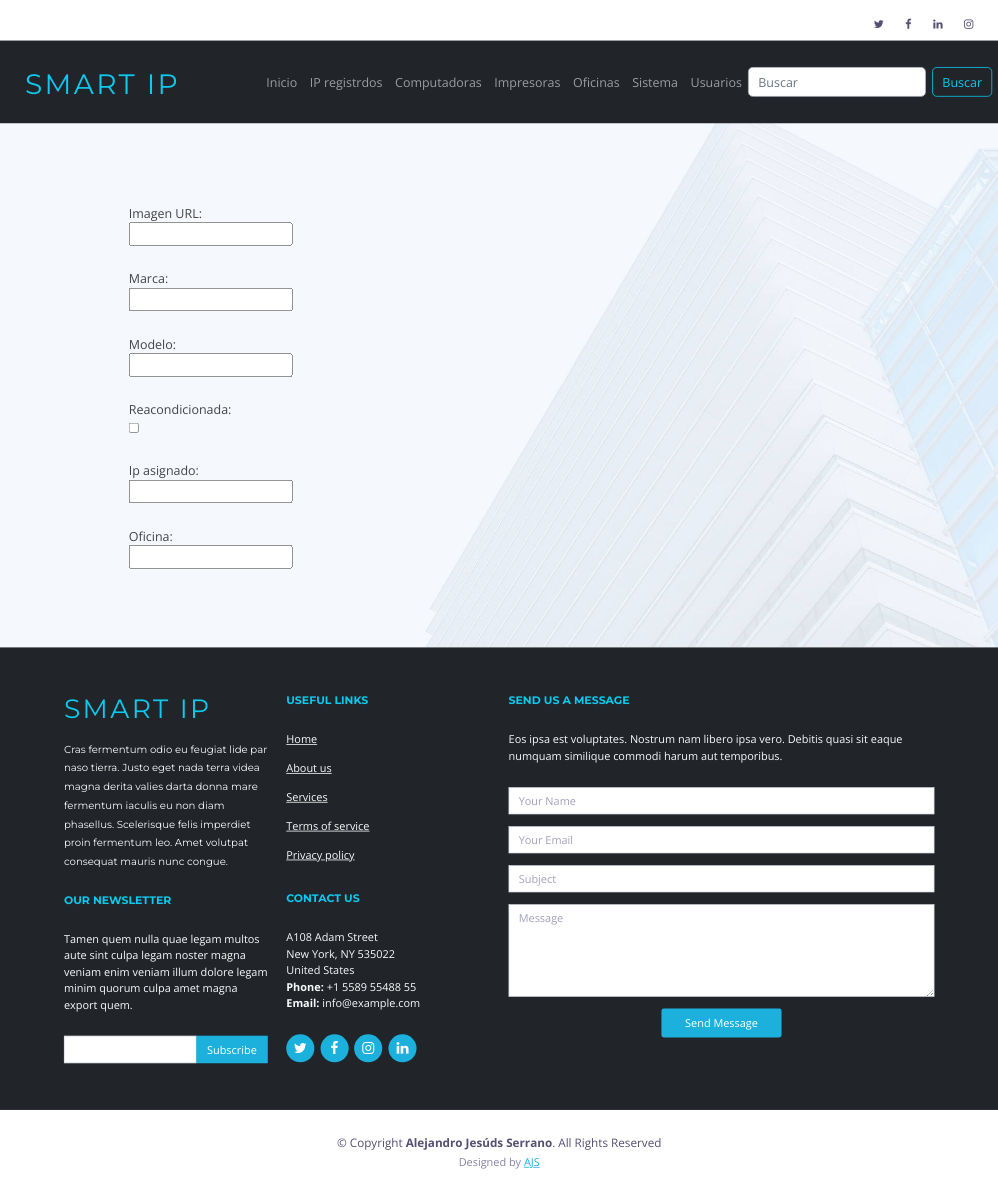
Repository: AlejandroJesusSerrano/SmartIPs
Page: smartip/smartipnav/templates/smartipnav/printer_form.html
An editor plug-in stored every save of this project. The page is shown before and after the next save, followed by the edit.
The browser window is 1280 px wide. The pictures show the whole page, at 78% of full size.
The page is served by the project's application, run on Django 4.2 (smartip/manage.py). Other server files are loaded and not shown. The template is opened directly, without the code that normally fills it, so the values that code supplies are empty.

Above is the page before, as saved 2022-11-12 21:02:30.

### smartip/smartipnav/templates/smartipnav/printer_form.html
{% extends 'smartipnav/base.html' %}

{% block content %}
<section id="intro" class="clearfix">
    <div class="container d-flex h-100">
        <div class="row justify-content-center align-self-center">
            <div class="col-md-6 intro-info order-md-first order-last">
                <form action="" method="post">
                    <p>Imagen URL: <input type="url" name="printer_image" id="printer_add"></p>
                    <p>Marca: <input type="text" name="printer_brand" id="printer_brand"></p>
                    <p>Modelo: <input type="text" name="printer_model" id="printer_model"></p>
                    <p>Reacondicionada: <input type="checkbox" name="printer_rebuilded" id="printer_rebuilded"></p>
                    <p>Ip asignado: <input type="text" name="printer_ip" id="printer_ip"></p>
                    <p>Oficina: <input type="text" namr="printer_office" id="printer_office"></p>
                </form>
            </div>
        </div>
    </div>
{% endblock %}

### smartip/smartipnav/templates/smartipnav/base.html
<!DOCTYPE html>
<html lang="en">
<head>

  {% load static %}
  <meta charset="utf-8">
  <title>Smart IP</title>
  <meta content="width=device-width, initial-scale=1.0" name="viewport">
  <meta content="" name="keywords">
  <meta content="" name="description">

  <!-- Favicons -->
  <link href="{% static 'smartipnav/img/favicon.png' %}" rel="icon">
  <link href="{% static 'smartipnav/img/apple-touch-icon.png' %}" rel="apple-touch-icon">

  <!-- Google Fonts -->
  <link href="https://fonts.googleapis.com/css?family=Open+Sans:300,300i,400,400i,500,600,700,700i|Montserrat:300,400,500,600,700" rel="stylesheet">

  <!-- Bootstrap CSS File -->
  <link href="https://cdn.jsdelivr.net/npm/bootstrap@5.2.2/dist/css/bootstrap.min.css" rel="stylesheet" integrity="sha384-Zenh87qX5JnK2Jl0vWa8Ck2rdkQ2Bzep5IDxbcnCeuOxjzrPF/et3URy9Bv1WTRi" crossorigin="anonymous">

  <!-- Libraries CSS Files -->
  <link href="{% static 'smartipnav/lib/font-awesome/css/font-awesome.min.css' %}" rel="stylesheet">
  <link href="{% static 'smartipnav/lib/animate/animate.min.css' %}" rel="stylesheet">
  <link href="{% static 'smartipnav/lib/ionicons/css/ionicons.min.css' %}" rel="stylesheet">
  <link href="{% static 'smartipnav/lib/owlcarousel/assets/owl.carousel.min.css' %}" rel="stylesheet">
  <link href="{% static 'smartipnav/lib/lightbox/css/lightbox.min.css' %}" rel="stylesheet">

  <!-- Main Stylesheet File -->
  <link href="{% static 'smartipnav/css/style.css' %}" rel="stylesheet">

  <!-- =======================================================
    Theme Name: Rapid
    Theme URL: https://bootstrapmade.com/rapid-multipurpose-bootstrap-business-template/
    Author: BootstrapMade.com
    License: https://bootstrapmade.com/license/
  ======================================================= -->
</head>

<body>
  <!--==========================
  Header
  ============================-->
  <header id="header">

    <div id="topbar">
      <div class="container me-2">
        <div class="social-links">
          <a href="#" class="twitter"><i class="fa fa-twitter"></i></a>
          <a href="#" class="facebook"><i class="fa fa-facebook"></i></a>
          <a href="#" class="linkedin"><i class="fa fa-linkedin"></i></a>
          <a href="#" class="instagram"><i class="fa fa-instagram"></i></a>
        </div>
      </div>
    </div>

    <nav class="navbar navbar-expand-lg navbar-dark bg-dark">
      <a class="navbar-brand" href="index">
        <div class="logo mb-4">
          <!-- Uncomment below if you prefer to use an image logo -->
          <h1 class="text-bg-dark mx-auto "><a href="index"><span class= "text-info">Smart IP</span></a></h1>
          <!-- <a href="#header" class="scrollto"><img src="img/logo.png" alt="" class="img-fluid"></a> -->
        </div>
      </a>
      <button class="navbar-toggler" type="button" data-bs-toggle="collapse" data-bs-target="#navbarSupportedContent" aria-controls="navbarSupportedContent" aria-expanded="false" aria-label="Toggle navigation">
        <span class="navbar-toggler-icon"></span>
      </button>
      <div class="collapse navbar-collapse" id="navbarSupportedContent">
        <ul class="navbar-nav ms-auto mb-2 mb-lg-0">
          <li class="nav-item">
            <a class="nav-link {% block indexactive %} {% endblock %}" aria-current="page" href="{% url 'Inicio' %}">Inicio</a>
          </li>
          <li class="nav-item">
            <a class="nav-link {% block ipactive %} {% endblock %}" aria-current="page" href=" {% url 'Ip' %}">IP registrdos</a>
          </li>
          <li class="nav-item">
            <a class="nav-link {% block computeractive %} {% endblock %}" aria-current="page" href="{% url 'Computers' %}">Computadoras</a>
          </li>
          <li class="nav-item">
            <a class="nav-link {% block printersactive %} {% endblock %}" aria-current="page" href="{% url 'Printers' %}">Impresoras</a>
          </li>
          <li class="nav-item">
            <a class="nav-link {% block officesactive %} {% endblock %}" aria-current="page" href="{% url 'Offices' %}">Oficinas</a>
          </li>
          <li class="nav-item">
            <a class="nav-link {% block usersactive %} {% endblock %}" aria-current="page" href="{% url 'Users' %}">Sistema</a>
          </li>
          <li class="nav-item">
            <a class="nav-link {% block userspcactive %} {% endblock %}" aria-current="page" href="{% url 'UsersPc' %}">Usuarios</a>
          </li>

          <!-- <li class="nav-item dropdown">
            <a class="nav-link dropdown-toggle" href="#" id="navbarDropdown" role="button" data-bs-toggle="dropdown" aria-expanded="false">
              Dropdown
            </a>
            <ul class="dropdown-menu" aria-labelledby="navbarDropdown">
              <li><a class="dropdown-item" href="#">Acción</a></li>
              <li><a class="dropdown-item" href="#">Otra acción</a></li>
              <li><hr class="dropdown-divider"></li>
              <li><a class="dropdown-item" href="#">Algo más aquí</a></li>
            </ul>
          </li>
          <li class="nav-item">
            <a class="nav-link disabled">Deshabilitado</a>
          </li> -->
        </ul>
        <form class="d-flex" role="search">
          <input class="form-control me-2" type="search" placeholder="Buscar" aria-label="Buscar">
          <button class="btn btn-outline-info me-2" type="submit">Buscar</button>
        </form>
      </div>
    </nav>
  </header><!-- #header -->



    {% block content %}

    {% endblock %}



  <!--==========================
    Footer
  ============================-->
  <footer id="footer" class="section-bg">
    <div class="footer-top bg-dark">
      <div class="container bg-dark">

        <div class="row">

          <div class="col-lg-6">

            <div class="row">

                <div class="col-sm-6">

                  <div class="footer-info">
                    <h3 class="text-info">Smart Ip</h3>
                    <p class="text-light">Cras fermentum odio eu feugiat lide par naso tierra. Justo eget nada terra videa magna derita valies darta donna mare fermentum iaculis eu non diam phasellus. Scelerisque felis imperdiet proin fermentum leo. Amet volutpat consequat mauris nunc congue.</p>
                  </div>

                  <div class="footer-newsletter">
                    <h4 class="text-info">Our Newsletter</h4>
                    <p class="text-light">Tamen quem nulla quae legam multos aute sint culpa legam noster magna veniam enim veniam illum dolore legam minim quorum culpa amet magna export quem.</p>
                    <form action="" method="post">
                      <input type="email" name="email"><input type="submit"  value="Subscribe">
                    </form>
                  </div>

                </div>

                <div class="col-sm-6">
                  <div class="footer-links">
                    <h4 class="text-info">Useful Links</h4>
                    <ul>
                      <li><a class="text-light" href="#">Home</a></li>
                      <li><a class="text-light" href="#">About us</a></li>
                      <li><a class="text-light" href="#">Services</a></li>
                      <li><a class="text-light" href="#">Terms of service</a></li>
                      <li><a class="text-light" href="#">Privacy policy</a></li>
                    </ul>
                  </div>

                  <div class="footer-links">
                    <h4 class="text-info">Contact Us</h4>
                    <p class="text-light">
                      A108 Adam Street <br>
                      New York, NY 535022<br>
                      United States <br>
                      <strong>Phone:</strong> +1 5589 55488 55<br>
                      <strong>Email:</strong> info@example.com<br>
                    </p>
                  </div>

                  <div class="social-links">
                    <a href="#" class="twitter"><i class="fa fa-twitter"></i></a>
                    <a href="#" class="facebook"><i class="fa fa-facebook"></i></a>
                    <a href="#" class="instagram"><i class="fa fa-instagram"></i></a>
                    <a href="#" class="linkedin"><i class="fa fa-linkedin"></i></a>
                  </div>

                </div>

            </div>

          </div>

          <div class="col-lg-6">

            <div class="form">

              <h4 class="text-info">Send us a message</h4>
              <p class= "text-light">Eos ipsa est voluptates. Nostrum nam libero ipsa vero. Debitis quasi sit eaque numquam similique commodi harum aut temporibus.</p>
              <form action="" method="post" role="form" class="contactForm">
                <div class="form-group">
                  <input type="text" name="name" class="form-control" id="name" placeholder="Your Name" data-rule="minlen:4" data-msg="Please enter at least 4 chars" />
                  <div class="validation"></div>
                </div>
                <div class="form-group">
                  <input type="email" class="form-control" name="email" id="email" placeholder="Your Email" data-rule="email" data-msg="Please enter a valid email" />
                  <div class="validation"></div>
                </div>
                <div class="form-group">
                  <input type="text" class="form-control" name="subject" id="subject" placeholder="Subject" data-rule="minlen:4" data-msg="Please enter at least 8 chars of subject" />
                  <div class="validation"></div>
                </div>
                <div class="form-group">
                  <textarea class="form-control" name="message" rows="5" data-rule="required" data-msg="Please write something for us" placeholder="Message"></textarea>
                  <div class="validation"></div>
                </div>

                <div id="sendmessage">Your message has been sent. Thank you!</div>
                <div id="errormessage"></div>

                <div class="text-center"><button type="submit" title="Send Message">Send Message</button></div>
              </form>
            </div>

          </div>



        </div>

      </div>
    </div>

    <div class="container">
      <div class="copyright">
        &copy; Copyright <strong>Alejandro Jesúds Serrano</strong>. All Rights Reserved
      </div>
      <div class="credits">
        <!--
          All the links in the footer should remain intact.
          You can delete the links only if you purchased the pro version.
          Licensing information: https://bootstrapmade.com/license/
          Purchase the pro version with working PHP/AJAX contact form: https://bootstrapmade.com/buy/?theme=Rapid
        -->
        Designed by <a href="https://AJS.com/">AJS</a>
      </div>
    </div>
  </footer><!-- #footer -->

  <a href="#" class="back-to-top"><i class="fa fa-chevron-up"></i></a>
  <!-- Uncomment below i you want to use a preloader -->
  <!-- <div id="preloader"></div> -->

  <!-- JavaScript Libraries -->
  <script src="{% static 'smartipnav/lib/jquery/jquery.min.js' %}"></script>
  <script src="{% static 'smartipnav/lib/jquery/jquery-migrate.min.js' %}"></script>
  <script src="https://cdn.jsdelivr.net/npm/bootstrap@5.2.2/dist/js/bootstrap.bundle.min.js" integrity="sha384-OERcA2EqjJCMA+/3y+gxIOqMEjwtxJY7qPCqsdltbNJuaOe923+mo//f6V8Qbsw3" crossorigin="anonymous"></script>
  <script src="{% static 'smartipnav/lib/easing/easing.min.js' %}"></script>
  <script src="{% static 'smartipnav/lib/mobile-nav/mobile-nav.js' %}"></script>
  <script src="{% static 'smartipnav/lib/wow/wow.min.js' %}"></script>
  <script src="{% static 'smartipnav/lib/waypoints/waypoints.min.js' %}"></script>
  <script src="{% static 'smartipnav/lib/counterup/counterup.min.js' %}"></script>
  <script src="{% static 'smartipnav/lib/owlcarousel/owl.carousel.min.js' %}"></script>
  <script src="{% static 'smartipnav/lib/isotope/isotope.pkgd.min.js' %}"></script>
  <script src="{% static 'smartipnav/lib/lightbox/js/lightbox.min.js' %}"></script>
  <!-- Contact Form JavaScript File -->
  <script src="{% static 'smartipnav/contactform/contactform.js' %}"></script>

  <!-- Template Main Javascript File -->
  <script src="{% static 'smartipnav/js/main.js' %}"></script>

</body>
</html>

### smartip/smartip/urls.py
"""smartip URL Configuration

The `urlpatterns` list routes URLs to views. For more information please see:
    https://docs.djangoproject.com/en/4.1/topics/http/urls/
Examples:
Function views
    1. Add an import:  from my_app import views
    2. Add a URL to urlpatterns:  path('', views.home, name='home')
Class-based views
    1. Add an import:  from other_app.views import Home
    2. Add a URL to urlpatterns:  path('', Home.as_view(), name='home')
Including another URLconf
    1. Import the include() function: from django.urls import include, path
    2. Add a URL to urlpatterns:  path('blog/', include('blog.urls'))
"""
from django.contrib import admin
from django.urls import path

urlpatterns = [
    path('admin/', admin.site.urls),
]

Loaded but not shown: smartip/smartipnav/static/smartipnav/lib/font-awesome/css/font-awesome.min.css (library); smartip/smartipnav/static/smartipnav/lib/animate/animate.min.css (library); smartip/smartipnav/static/smartipnav/lib/ionicons/css/ionicons.min.css (library); smartip/smartipnav/static/smartipnav/lib/owlcarousel/assets/owl.carousel.min.css (library); smartip/smartipnav/static/smartipnav/lib/lightbox/css/lightbox.min.css (common file); smartip/smartipnav/static/smartipnav/lib/jquery/jquery.min.js (library); smartip/smartipnav/static/smartipnav/lib/jquery/jquery-migrate.min.js (library); smartip/smartipnav/static/smartipnav/lib/easing/easing.min.js (common file); smartip/smartipnav/static/smartipnav/lib/mobile-nav/mobile-nav.js (common file); smartip/smartipnav/static/smartipnav/lib/wow/wow.min.js (library); smartip/smartipnav/static/smartipnav/lib/waypoints/waypoints.min.js (library); smartip/smartipnav/static/smartipnav/lib/counterup/counterup.min.js (common file); smartip/smartipnav/static/smartipnav/lib/owlcarousel/owl.carousel.min.js (library); smartip/smartipnav/static/smartipnav/lib/isotope/isotope.pkgd.min.js (library); smartip/smartipnav/static/smartipnav/lib/lightbox/js/lightbox.min.js (library); smartip/smartipnav/static/smartipnav/js/main.js (131 lines, source omitted); smartip/smartipnav/static/smartipnav/contactform/contactform.js (118 lines, source omitted); smartip/smartipnav/static/smartipnav/css/style.css (1573 lines, source omitted)

After the next save:
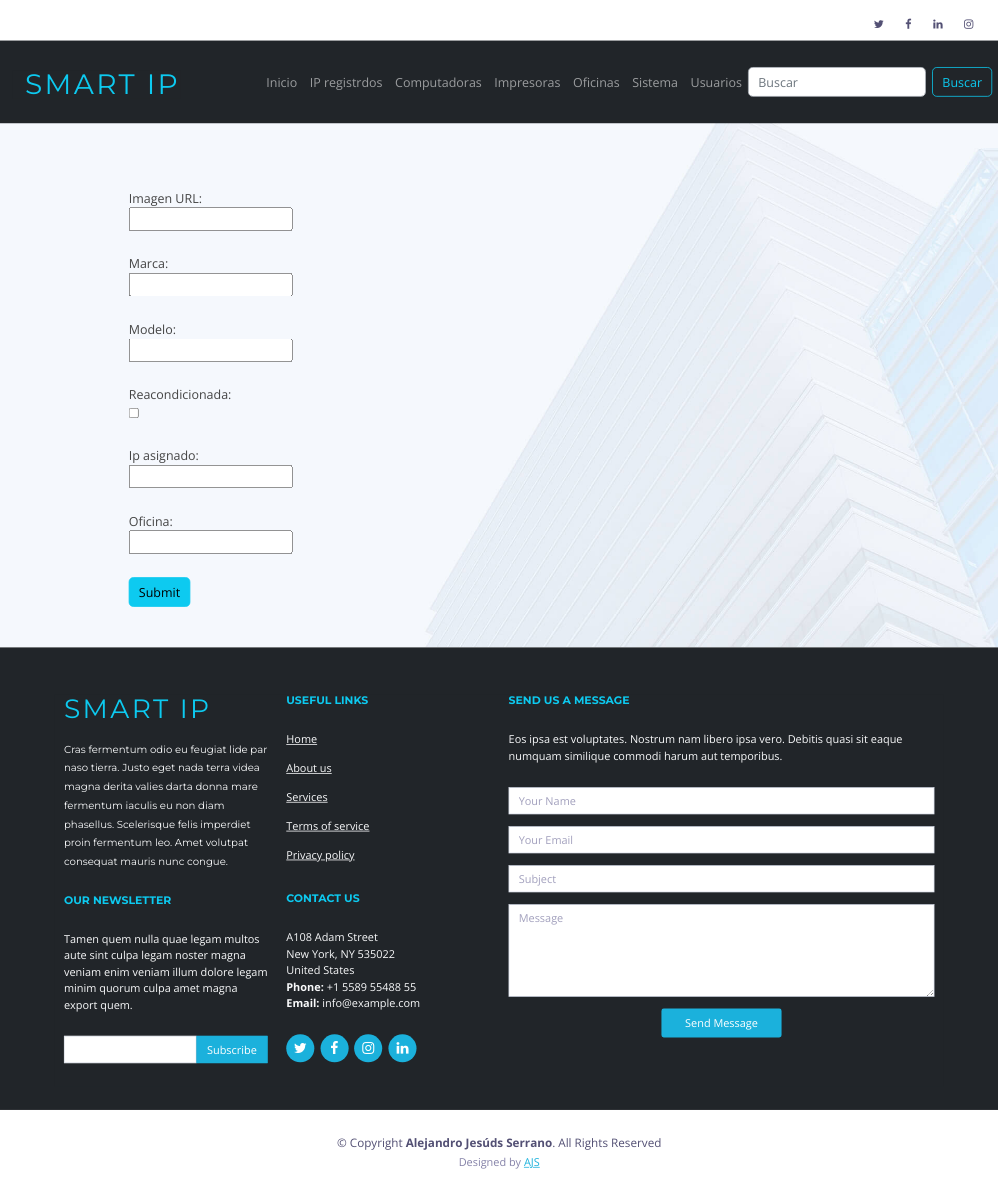
Saved 33 s later.
--- a/smartip/smartipnav/templates/smartipnav/printer_form.html
+++ b/smartip/smartipnav/templates/smartipnav/printer_form.html
@@ -12,6 +12,7 @@
                     <p>Reacondicionada: <input type="checkbox" name="printer_rebuilded" id="printer_rebuilded"></p>
                     <p>Ip asignado: <input type="text" name="printer_ip" id="printer_ip"></p>
                     <p>Oficina: <input type="text" namr="printer_office" id="printer_office"></p>
+                    <button type="submit" class="btn btn-info">Submit</button>
                 </form>
             </div>
         </div>
